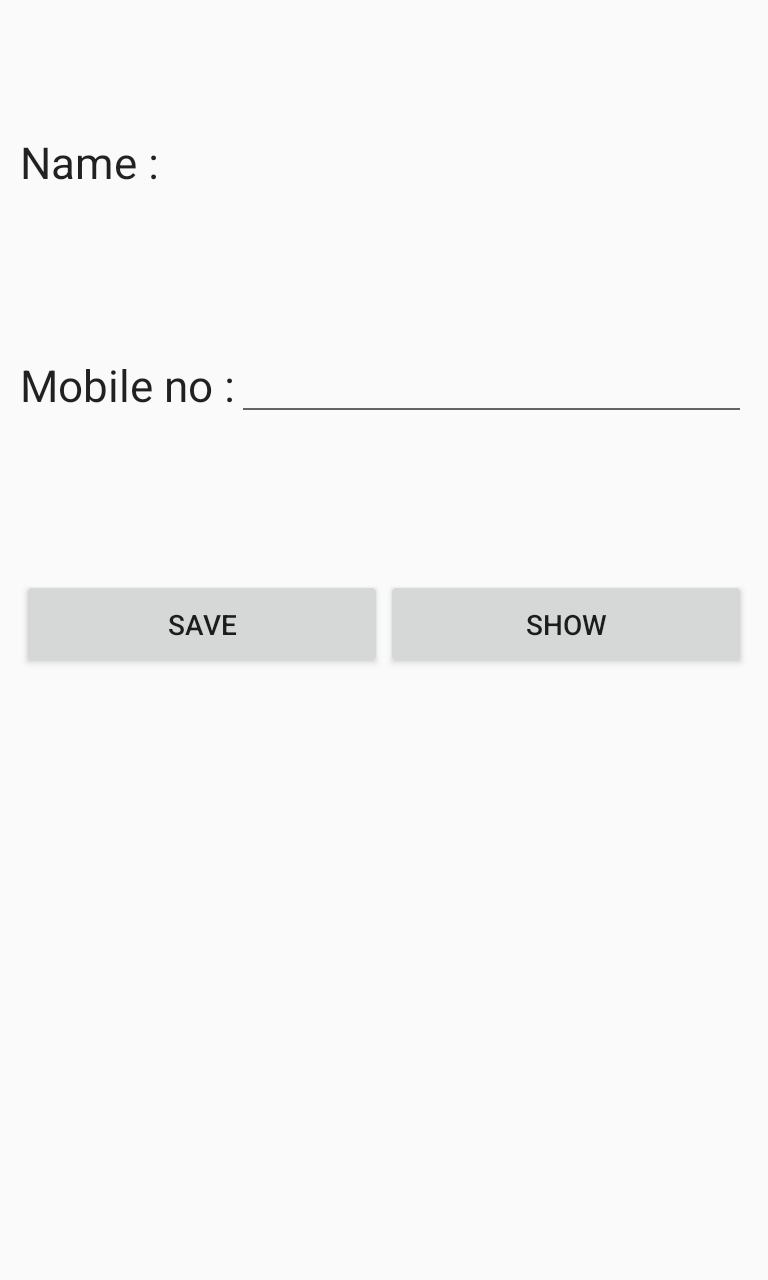
Repository: rajeshmule/Android-Data-Storage-Option
Layout: SharedPreference/res/layout/activity_main.xml
The author's editor kept a copy of each file at every save. The layout is drawn from the files as they stood at one save, then again after the next save.
It is drawn on a 768 x 1280 px phone screen (xhdpi) without system bars, with theme AppTheme; the app's code is not run.

Above is the layout before, as saved 2014-08-22 19:20:20.

After the next save:
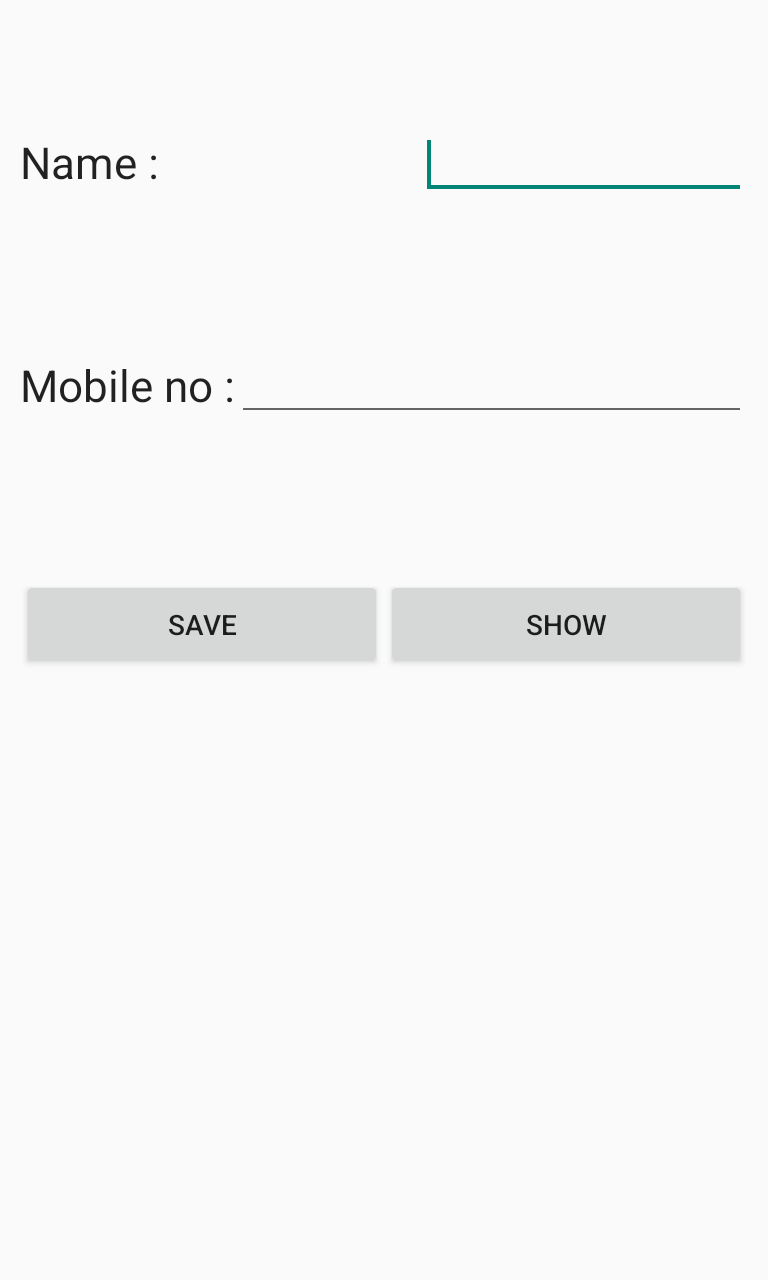
Saved 24 s later.
--- a/SharedPreference/res/layout/activity_main.xml
+++ b/SharedPreference/res/layout/activity_main.xml
@@ -28,7 +28,8 @@
             android:id="@+id/editText1"
             android:layout_width="0dp"
             android:layout_height="wrap_content"
-            android:layout_marginLeft="35dp" >
+            android:layout_marginLeft="35dp"
+            android:layout_weight="1" >
 
             <requestFocus />
         </EditText>
